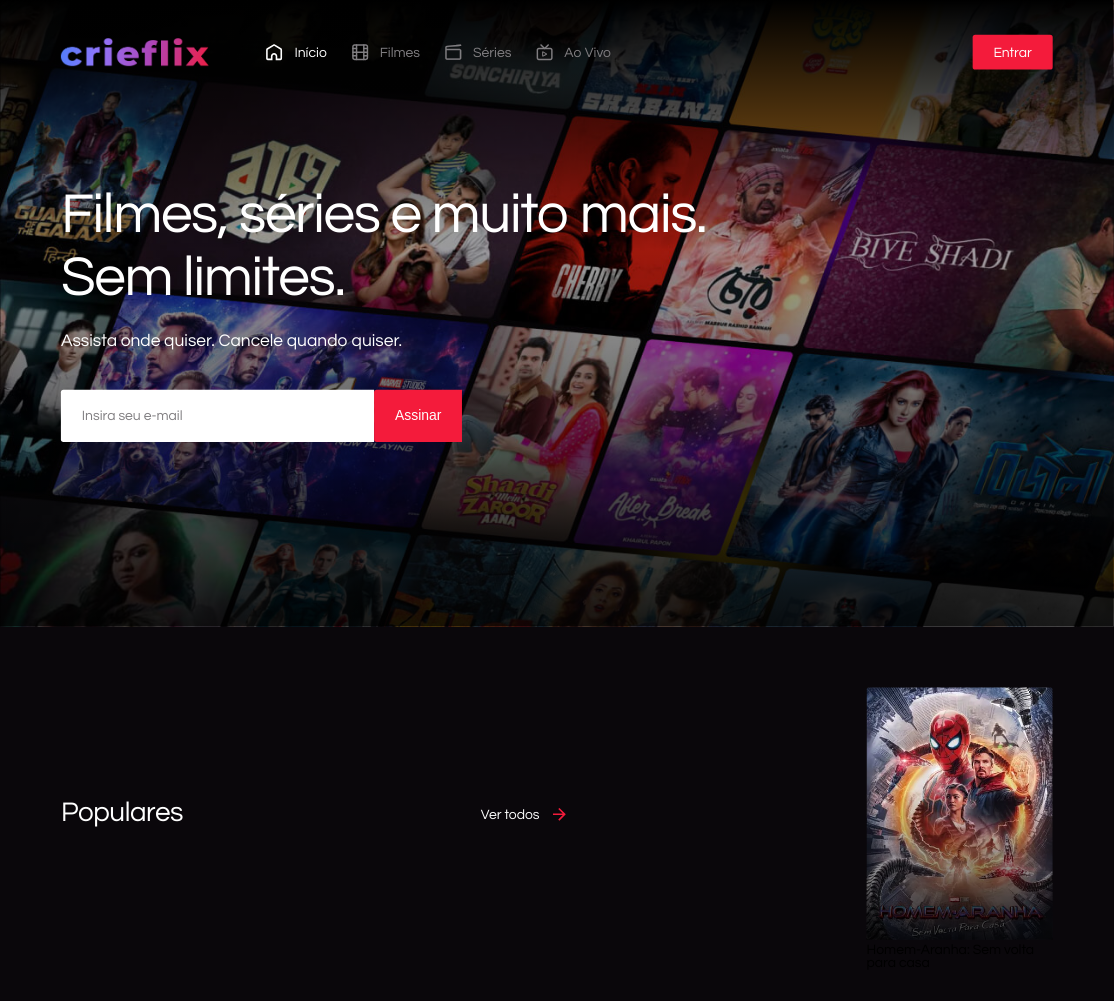
Repository: brunobfuhr/Projeto-ClieFlix
Page: index.html
These files come from the project's save history. The page is drawn as it stood at one moment and after the next save; the edit follows.
The browser window is 1280 px wide. The pictures show the whole page, at 87% of full size.

Above is the page before, as saved 2022-05-12 17:31:54.

After the next save:
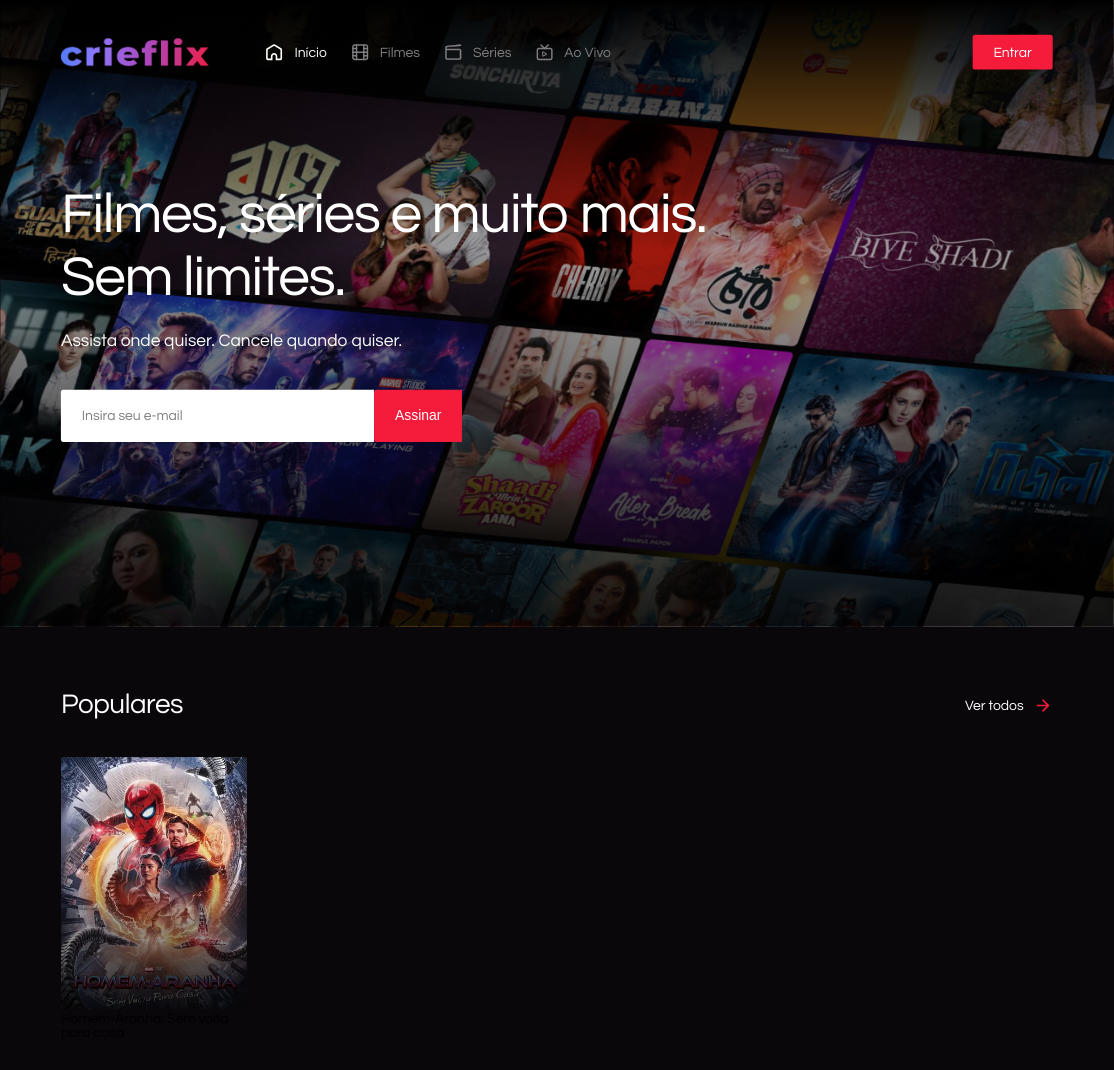
Saved 95 s later.
--- a/index.html
+++ b/index.html
@@ -123,12 +123,12 @@
 
 
                 </a>
-                <div class="cover">
-                    <img class="cover__image" src="images/popular/homem-aranha.webp"/>
-                    <span>Homem-Aranha: Sem volta para casa</span>
-                </div>
 
 
+            </div>
+            <div class="cover">
+                <img class="cover__image" src="images/popular/homem-aranha.webp"/>
+                <span>Homem-Aranha: Sem volta para casa</span>
             </div>
 
         </div>
